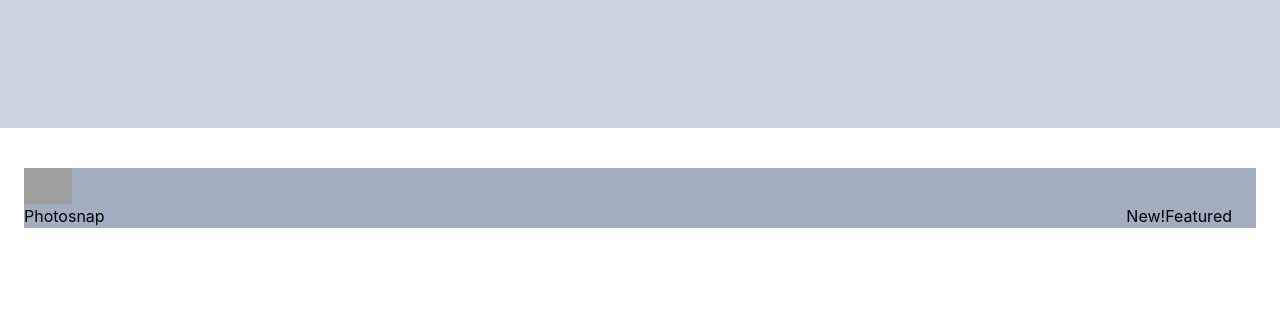
Repository: asongdon/frontendmentor-joblisting
Page: /
The author's editor kept a copy of each file at every save. The page is drawn from the files as they stood at one save, then again after the next save.
The browser window is 1280 px wide. The pictures show the whole page.
Pictures or frames that could not be fetched are drawn as grey boxes. The project was rebuilt for these pictures with package versions that can differ from the ones it lists, and the page was loaded fresh each time. The framework's server and built-in components were replaced by stand-ins that run in the browser. Also part of the build but not shown: nuxt.config.js.

Above is the page before, as saved 2020-04-12 18:30:22.

### layouts/default.vue
<template>
  <div>
    <Header/>
    <nuxt />
  </div>
</template>

<script>
import Header from '@/components/Header.vue'

export default {
  components: {
    Header
  },
}
</script>

<style>
html {
  font-family: 'Source Sans Pro', -apple-system, BlinkMacSystemFont, 'Segoe UI',
    Roboto, 'Helvetica Neue', Arial, sans-serif;
  font-size: 16px;
  word-spacing: 1px;
  -ms-text-size-adjust: 100%;
  -webkit-text-size-adjust: 100%;
  -moz-osx-font-smoothing: grayscale;
  -webkit-font-smoothing: antialiased;
  box-sizing: border-box;
}

*,
*:before,
*:after {
  box-sizing: border-box;
  margin: 0;
}

.button--green {
  display: inline-block;
  border-radius: 4px;
  border: 1px solid #3b8070;
  color: #3b8070;
  text-decoration: none;
  padding: 10px 30px;
}

.button--green:hover {
  color: #fff;
  background-color: #3b8070;
}

.button--grey {
  display: inline-block;
  border-radius: 4px;
  border: 1px solid #35495e;
  color: #35495e;
  text-decoration: none;
  padding: 10px 30px;
  margin-left: 15px;
}

.button--grey:hover {
  color: #fff;
  background-color: #35495e;
}
</style>

### pages/index.vue
<template>
  <div class="container py-10 px-6">
    <Maincard/>
  </div>
</template>

<script>
import Maincard from '@/components/Maincard'
export default {
  components: {
    Maincard
  }
}
</script>

<style>
/* Sample `apply` at-rules with Tailwind CSS
.container {
  @apply min-h-screen flex justify-center items-center text-center mx-auto;
}
*/

</style>

### components/Header.vue
<template>
  <div class="w-full h-32 bg-gray-400"></div>
</template>

<script>
export default {}
</script>

<style></style>

### components/Maincard.vue
<template>
  <div class="bg-gray-500">
    <img class="w-12" src="~/assets/logos/faceit.svg" alt="" />
    <div class="flex justify-between">
      <div>Photosnap</div>
      <div class="flex pr-6">
        <div>New!</div>
        <div>Featured</div>
      </div>
    </div>
  </div>
</template>

<script>
export default {}
</script>

<style></style>

Loaded but not shown: assets/css/tailwind.css (common file); tailwind.config.js (common file); store/filter.js (no copy from this time; the picture is the same without it); store/index.js (no copy from this time; the picture is the same without it)

After the next save:
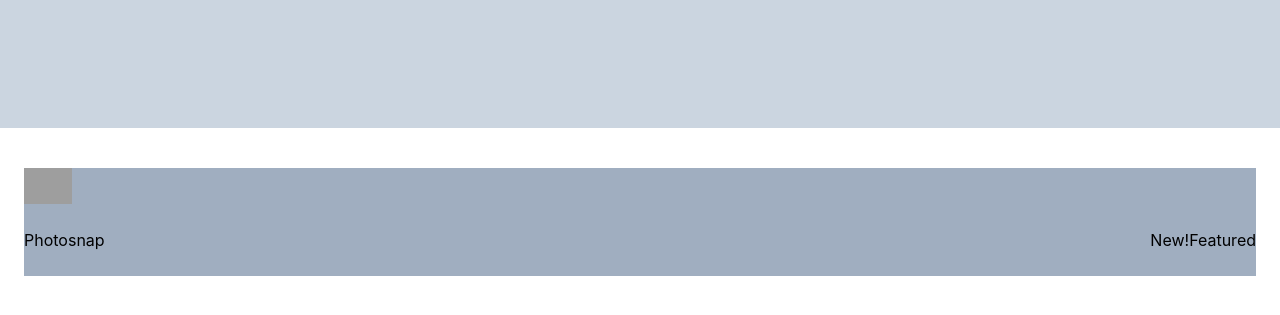
Saved 14 s later.
--- a/components/Maincard.vue
+++ b/components/Maincard.vue
@@ -1,9 +1,9 @@
 <template>
   <div class="bg-gray-500">
     <img class="w-12" src="~/assets/logos/faceit.svg" alt="" />
-    <div class="flex justify-between">
+    <div class="flex justify-between py-6">
       <div>Photosnap</div>
-      <div class="flex pr-6">
+      <div class="flex">
         <div>New!</div>
         <div>Featured</div>
       </div>

After the save that followed:
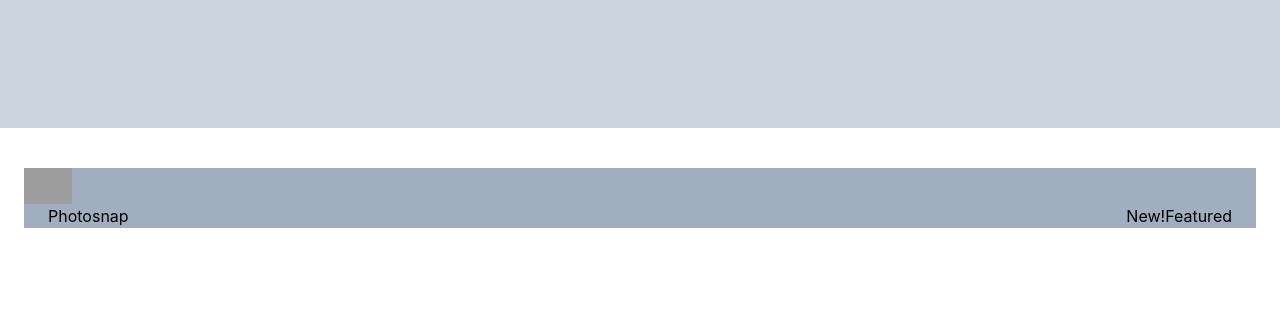
Saved 4 s later.
--- a/components/Maincard.vue
+++ b/components/Maincard.vue
@@ -1,7 +1,7 @@
 <template>
   <div class="bg-gray-500">
     <img class="w-12" src="~/assets/logos/faceit.svg" alt="" />
-    <div class="flex justify-between py-6">
+    <div class="flex justify-between px-6">
       <div>Photosnap</div>
       <div class="flex">
         <div>New!</div>
